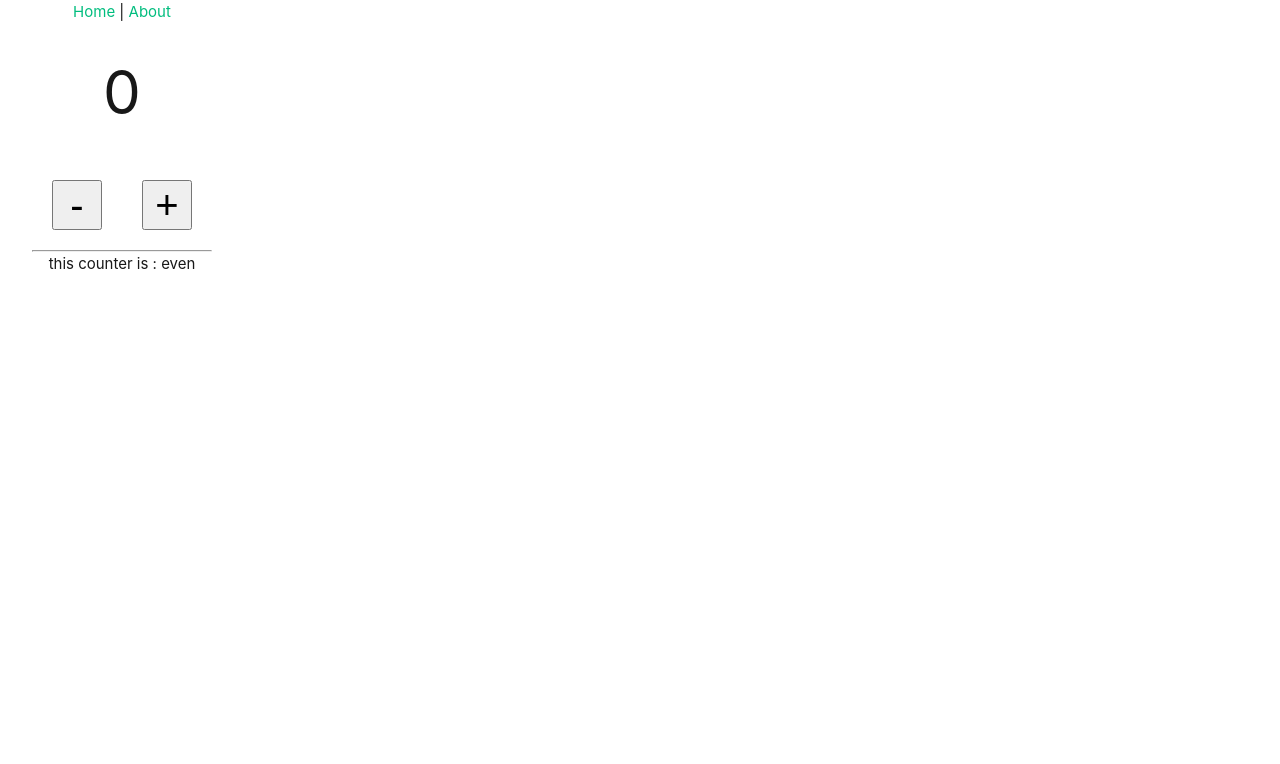
Repository: loktioncode/vectra-shop
Page: /
These files come from the project's save history. The page is drawn as it stood at one moment and after the next save; the edit follows.
The browser window is 1280 px wide. The pictures show the whole page.
The project was rebuilt for these pictures with package versions that can differ from the ones it lists, and the page was loaded fresh each time. Also part of the build but not shown: vite.config.ts.

Above is the page before, as saved 2023-09-20 13:49:02.

After the next save:
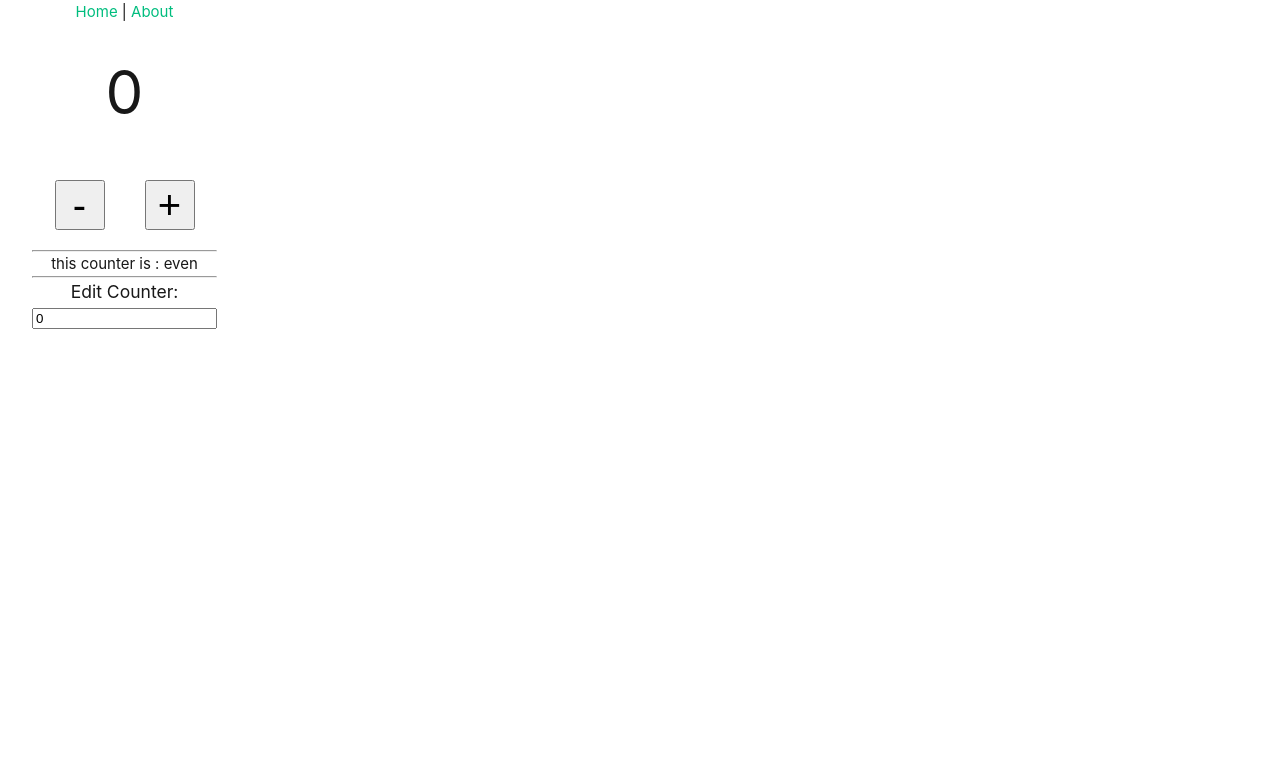
Saved 14 min 20 s later.
--- a/src/views/HomeView.vue
+++ b/src/views/HomeView.vue
@@ -10,6 +10,11 @@
     <hr>
     <div>
       this counter is : {{ storeCounter.oddOrEven }}
+    </div>
+    <hr>
+    <div>
+      <h3>Edit Counter:</h3>
+      <input v-model="storeCounter.count" type="number" name="count" id="count">
     </div>
   </div>
 </template>
